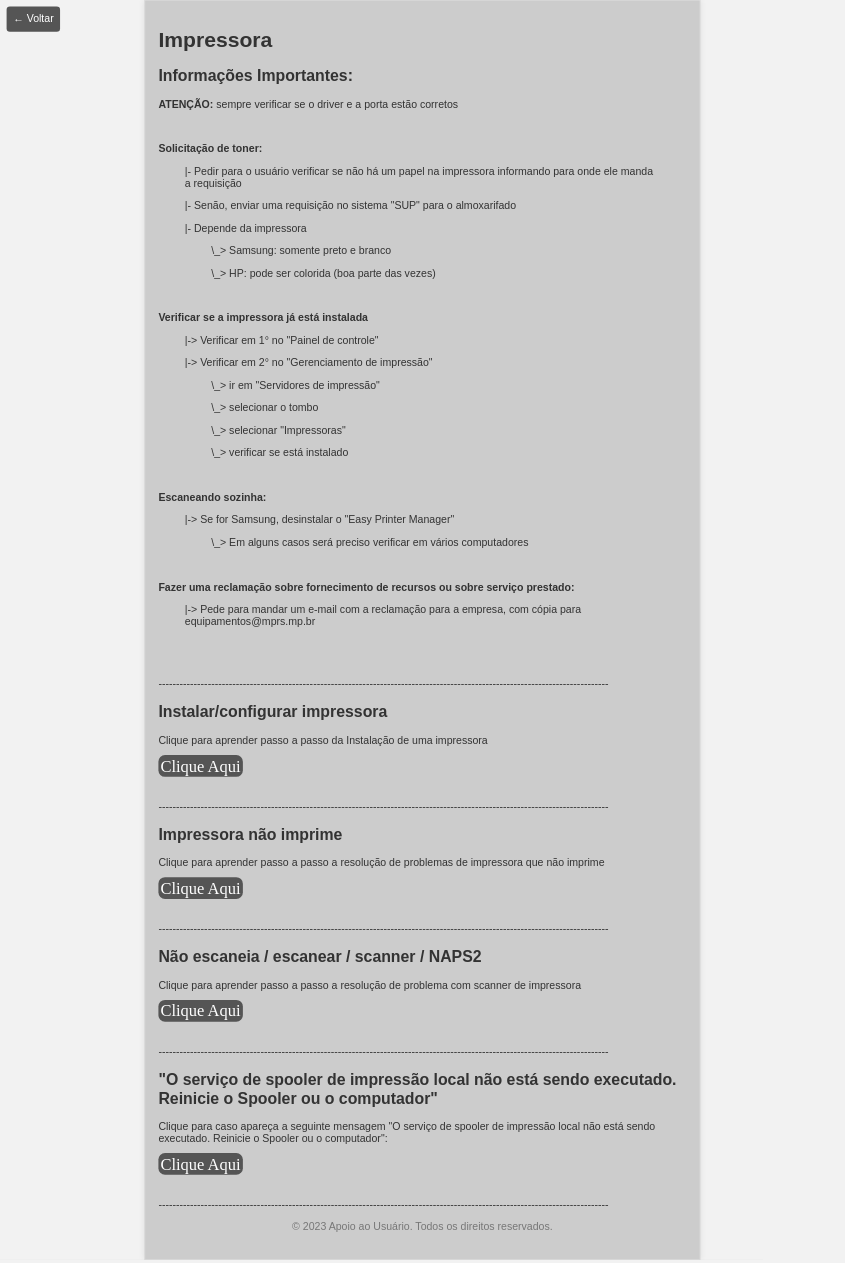
Repository: I4guito/dicasdez
Page: Dicas site/Dicas/impressoras.html
The author's editor kept a copy of each file at every save. The page is drawn from the files as they stood at one save, then again after the next save.
The browser window is 1280 px wide. The pictures show the whole page, at 66% of full size.

Above is the page before, as saved 2023-11-27 16:19:48.

### Dicas site/Dicas/impressoras.html
<!DOCTYPE html>
<html lang="pt-br">
<head>
    <meta charset="UTF-8">
    <meta name="viewport" content="width=device-width, initial-scale=1.0">
    <link rel="stylesheet" href="padrao.css">
    <script src="/Dicas site/script.js"></script>
    <title>Impressoras</title>
</head>
<body>
    <div class="container">
        <header>
        <a href="javascript:history.back()" class="voltar-btn">&#8592; Voltar</a>
            <h1>Impressora</h1>
        </header>
        <section>
            <h1>Informações Importantes:</h1>
            <p><strong>ATENÇÃO:</strong> sempre verificar se o driver e a porta estão corretos</p><br>
            <p><strong>Solicitação de toner:</strong>
            <blockquote>|- Pedir para o usuário verificar se não há um papel na impressora informando para onde ele manda a requisição</blockquote>
            <blockquote>|- Senão, enviar uma requisição no sistema "SUP" para o almoxarifado</blockquote>
            <blockquote>|- Depende da impressora <blockquote>\_> Samsung: somente preto e branco</blockquote><blockquote>\_> HP: pode ser colorida (boa parte das vezes)</blockquote></blockquote>
            </p><br>
            <p><strong>Verificar se a impressora já está instalada</strong>
            <blockquote>|-> Verificar em 1° no "Painel de controle"</blockquote>
            <blockquote>|-> Verificar em 2° no "Gerenciamento de impressão"
                <blockquote>\_> ir em "Servidores de impressão"</blockquote>
                <blockquote>\_> selecionar o tombo</blockquote>
                <blockquote>\_> selecionar "Impressoras"</blockquote>
                <blockquote>\_> verificar se está instalado</blockquote>
            </blockquote>
            </p><br>

            <p><Strong>Escaneando sozinha:</Strong>
            <blockquote>|-> Se for Samsung, desinstalar o "Easy Printer Manager"<blockquote>\_> Em alguns casos será preciso verificar em vários computadores</blockquote></blockquote>
            </p><br>

            <p><strong>Fazer uma reclamação sobre fornecimento de recursos ou sobre serviço prestado:</strong><blockquote>|-> Pede para mandar um e-mail com a reclamação para a empresa, com cópia para equipamentos@mprs.mp.br</blockquote></p>
        </section><br><br>

        <section>

        </section>

        --------------------------------------------------------------------------------------------------------------------------------

        <section>
            <div class="programa">
                <h2>Instalar/configurar impressora</h2>
                <p>Clique para aprender passo a passo da Instalação de uma impressora</p>
                <a href="/Dicas site/impressoras/instalaçãoi.html" class="link-instrucoes">Clique Aqui</a>
            </div>
        </section><br>
        --------------------------------------------------------------------------------------------------------------------------------

        <section>
            <div class="programa">
                <h2>Impressora não imprime</h2>
                <p>Clique para aprender passo a passo a resolução de problemas de impressora que não imprime</p>
                <a href="programas/aqui/NAPS/Naps" class="link-instrucoes">Clique Aqui</a>
            </div>
        </section><br>

        --------------------------------------------------------------------------------------------------------------------------------

        <section>
            <div class="programa">
                <h2>Não escaneia / escanear / scanner / NAPS2</h2>
                <p>Clique para aprender passo a passo a resolução de problema com scanner de impressora</p>
                <a href="programas/aqui/NAPS/Naps" class="link-instrucoes">Clique Aqui</a>
            </div>
        </section><br>
        --------------------------------------------------------------------------------------------------------------------------------
        <section>
            <div class="programa">
                <h2>"O serviço de spooler de impressão local não está sendo executado. Reinicie o Spooler ou o computador"</h2>
                <p>Clique para caso apareça a seguinte mensagem  "O serviço de spooler de impressão local não está sendo executado. Reinicie o Spooler ou o computador":</p>
                <a href="programas/aqui/NAPS/Naps" class="link-instrucoes">Clique Aqui</a>
            </div>
        </section><br>
        --------------------------------------------------------------------------------------------------------------------------------



        <footer>
            <p>&copy; 2023 Apoio ao Usuário. Todos os direitos reservados.</p>
        </footer>
    </div>
</body>
</html>

### Dicas site/Dicas/padrao.css
body {
    font-family: 'Arial', sans-serif;
    margin: 0;
    padding: 0;
    background-color: #f2f2f2;
    color:#fff
}

.container {
    max-width: 800px;
    margin: 0 auto;
    background-color: #ccc;
    padding: 20px;
    box-shadow: 0 0 10px rgba(0, 0, 0, 0.1);
    border: 1px solid #ddd;
    color: #333;
}

header, section, footer {
    margin-bottom: 20px;
}

header h1, section h2 {
    color: #333;
}

ul {
    list-style: none;
    padding: 0;
}

li {
    margin-bottom: 10px;
}

footer {
    text-align: center;
    color: #777;
}

.voltar-btn {
    position: absolute;
    left: 10px;
    top: 10px;
    text-decoration: none;
    color: #fff;
    font-size: 16px;
    padding: 10px;
    background-color: #555;
    border: none;
    border-radius: 5px;
    cursor: pointer;
    transition: background-color 0.3s;
}

.voltar-btn:hover {
    background-color: #777;
}

img {

    margin-inline: 5cm;
    max-width: 100%;
    border-radius: 3%;
}

.link-instrucoes {
    font-family:cursive;
    width: 50px;
    left: 10px;
    text-decoration: none;
    color: #fff;
    font-size: 25px;
    padding: 3px;
    background-color: #555;
    border: none;
    border-radius: 10px;
    cursor: pointer;
    transition:  background-color 0.3s;
}

.link-instrucoes:hover {
    background-color:#777
}

### Dicas site/script.js
function filterItems() {
    var searchBar = document.getElementById('searchBar');
    var filter = searchBar.value.toUpperCase();

    var columns = document.getElementsByClassName('column');
    for (var i = 0; i < columns.length; i++) {
        var boxes = columns[i].getElementsByClassName('box');
        for (var j = 0; j < boxes.length; j++) {
            var item = boxes[j];
            var textValue = item.textContent || item.innerText;
            if (textValue.toUpperCase().indexOf(filter) > -1) {
                item.style.display = "";
            } else {
                item.style.display = "none";
            }
        }
    }
}

function openPage(pageName) {
    // Assuming all pages are in the same directory, you can modify the path as needed
    window.location.href = pageName + '.html';
}


    const isOpera = navigator.userAgent.indexOf("OPR") > -1;


    if (isOpera) {
      document.addEventListener("DOMContentLoaded", function () {
        document.querySelector(".container").style.backgroundColor = "#005c4b"; /* Azul claro para o Opera */
        document.querySelector(".container").style.color = "#333";
      });
    }

After the next save:
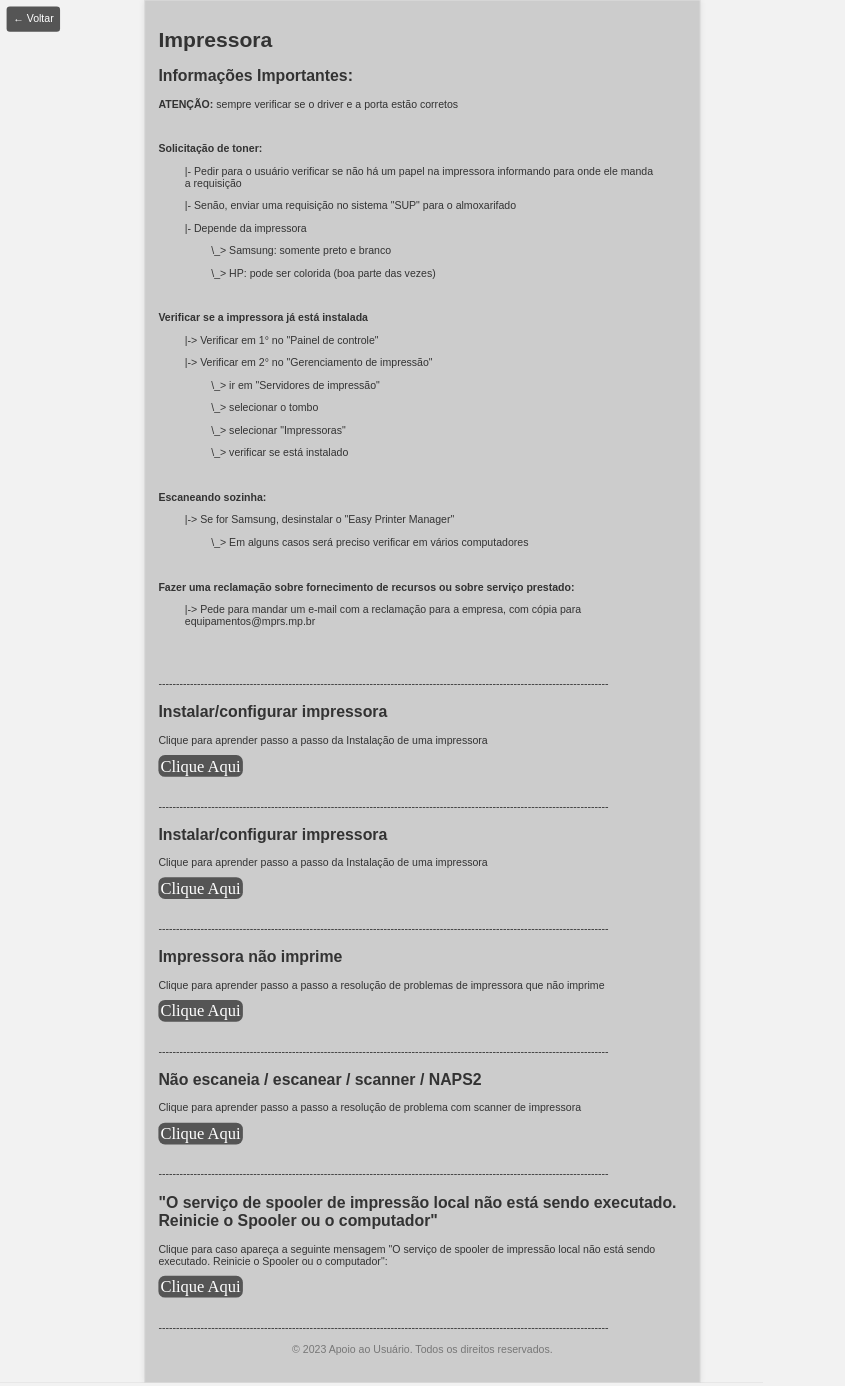
Saved 26 s later.
--- a/Dicas site/Dicas/impressoras.html
+++ b/Dicas site/Dicas/impressoras.html
@@ -55,6 +55,15 @@
 
         <section>
             <div class="programa">
+                <h2>Instalar/configurar impressora</h2>
+                <p>Clique para aprender passo a passo da Instalação de uma impressora</p>
+                <a href="/Dicas site/impressoras/instalaçãoi.html" class="link-instrucoes">Clique Aqui</a>
+            </div>
+        </section><br>
+        --------------------------------------------------------------------------------------------------------------------------------
+
+        <section>
+            <div class="programa">
                 <h2>Impressora não imprime</h2>
                 <p>Clique para aprender passo a passo a resolução de problemas de impressora que não imprime</p>
                 <a href="programas/aqui/NAPS/Naps" class="link-instrucoes">Clique Aqui</a>
